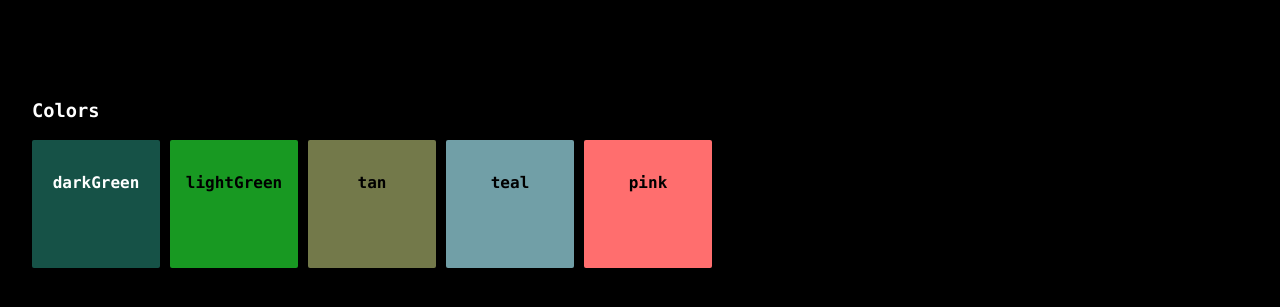
Repository: kttalley/designing-with-data_react-class
Page: / (app in lesson6_design-system-component-extension/)
The author's editor kept a copy of each file at every save. The page is drawn from the files as they stood at one save, then again after the next save.
The browser window is 1280 px wide. The pictures show the whole page.
The project was rebuilt for these pictures with package versions that can differ from the ones it lists, and the page was loaded fresh each time. Imported but missing from the stored project, and not drawn on this page: lesson6_design-system-component-extension/src/Rhubarb/Input.

Above is the page before, as saved 2023-08-30 14:33:29.

After the next save:
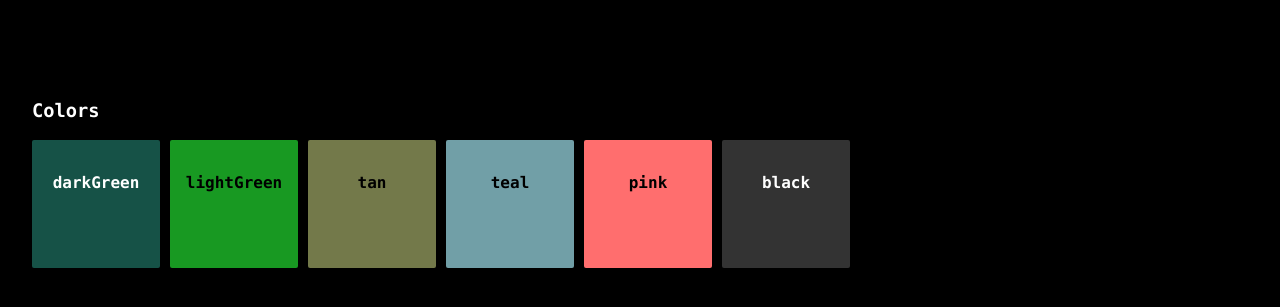
Saved 59 s later.
--- a/lesson6_design-system-component-extension/src/App.js
+++ b/lesson6_design-system-component-extension/src/App.js
@@ -17,6 +17,7 @@ class App extends Component {
           <DocsColorBox color="tan">tan</DocsColorBox>
           <DocsColorBox color="teal">teal</DocsColorBox>
           <DocsColorBox color="pink">pink</DocsColorBox>
+          <DocsColorBox color="dui_gray80">black</DocsColorBox>
 
 
         </DocsSection>
